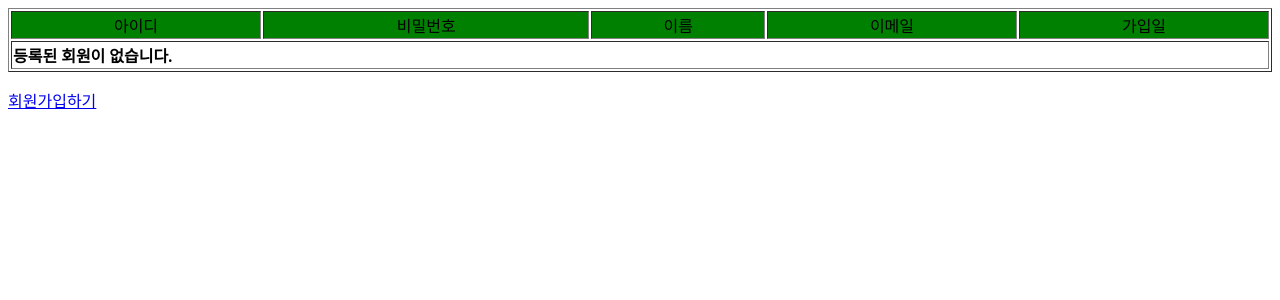
Repository: sseunghyunni/Spring
Page: http://localhost/pro17/test02/listMembers.jsp
These files come from the project's save history. The page is drawn as it stood at one moment and after the next save; the edit follows.
The browser window is 1280 px wide. The pictures show the whole page.
The page is served by Tomcat 9.

Above is the page before, as saved 2022-08-08 02:13:21.

After the next save:
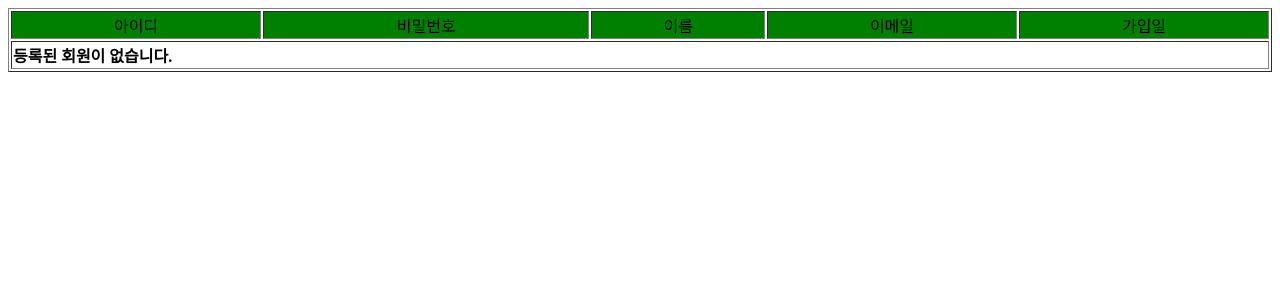
Saved 2 min 54 s later.
--- a/pro17/src/main/webapp/test02/listMembers.jsp
+++ b/pro17/src/main/webapp/test02/listMembers.jsp
@@ -39,12 +39,13 @@
 	<td>${mem.name }</td>
 	<td>${mem.email }</td>
 	<td>${mem.joinDate }</td>
+	<td><a href="${contextPath }/member/modMemberFrom.do?id=${mem.id }">수정</a></td>
+	<td><a href="${contextPath }/member/delMemberFrom.do?id=${mem.id }">삭제</a></td>
 	</tr>
 	</c:forEach>
 	</c:when>
 	</c:choose>
 	</table>
-	<a href="${contextPath }/member/memberForm.do"><p class="cls2"> 회원가입하기</p>
-	</a>
+
 </body>
 </html>
